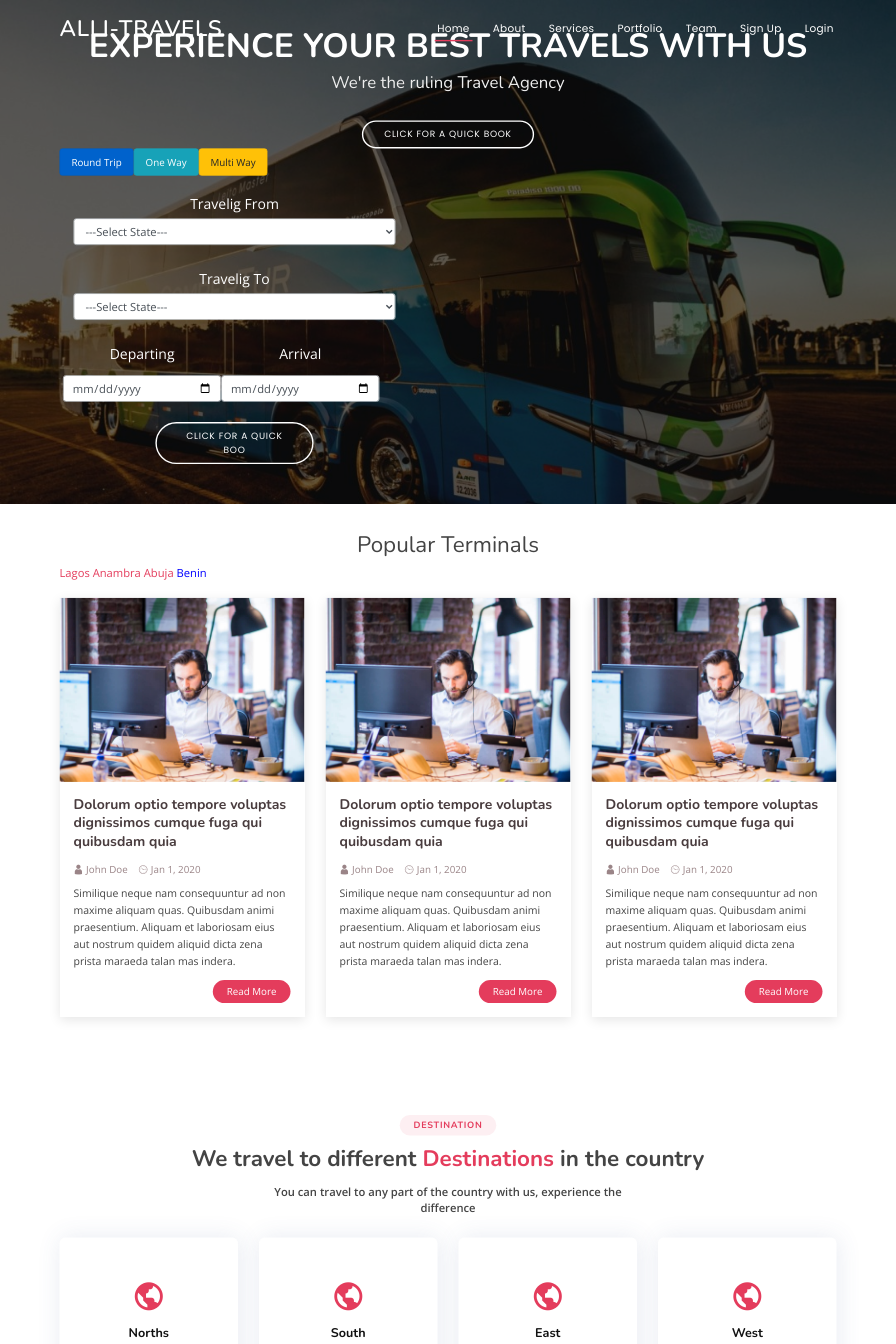
Repository: yazshrilld/Transport_Booking_system
Page: http://localhost/Transport_Project/admin/index.php
These files come from the project's save history. The page is drawn as it stood at one moment and after a run of saves; the edit follows.
The browser window is 1280 px wide. The pictures show the part of the page from y = 0 to 1920 px (the page is 7328 px tall), at 70% of full size.
Backgrounds fixed to the window are drawn as part of the page. The page is run by PHP 8.4 with error messages shown; the project is at /var/www/html/. Other server files are loaded and not shown. The database holds what the project's SQL file puts in it.

Above is the page before, as saved 2021-01-24 02:51:51.

### admin/home_check.php
<div>
    <form class="booking-form-box" method="POST" action="booking_1.php">
		<div class="booking-form-box">
		    <div class="booking-form">
		        <label>Travelig From</label>
			    <select name="state_from" class="form-control origin">
				        <option value="0">---Select State---</option>
				        <?php
					        $origin_query = mysqli_query($connection, "SELECT * FROM `origin`") ;
					        while($row = mysqli_fetch_array($origin_query)) {
						?>
						<option value="<?php echo $row['origin_id'] ?>"><?php echo $row['origin_state'] ?></option>
						<?php
					        }
				        ?>
			    </select><br />

			        <label>Travelig To</label>
			        <select name="state_to" class="form-control trip">
				        <option value="0">---Select State---</option>
			        </select><br />
			        <div class="row">
						<div class="input-grp col-xs-6">
							<label>Departing</label>
							<input type="date" class="form-control select-date"><br />
						</div>
						<div class="input-grp col-xs-6">
							<label>Arrival</label>
							<input type="date" class="form-control select-date">
						</div>
					</div>
                        <input type="hidden" value='view' name='action' class="form-control">
		            <div class="input-grp">
						<?php if(isset($_SESSION['login_user'])==true) {?>
							<input type="submit" value="Submit Bookings" class="btn btn-danger btn-block">
						<?php
						} else{
						?>
							<a href="user_login.php" class="btn-get-started scrollto">Click For A Quick Boo</a>
						<?php
						}
						?>
		            </div>
		    </div>
		</div>
	</form>
</div>

### transport_project.sql (the tables this page reads)
CREATE TABLE `origin` (
  `origin_id` int(11) NOT NULL,
  `origin_state` varchar(255) NOT NULL
) ENGINE=InnoDB DEFAULT CHARSET=latin1;

INSERT INTO `origin` (`origin_id`, `origin_state`) VALUES
(1, 'fdhha'),
(2, 'Abuja'),
(3, 'Lagos'),
(4, 'Enugu'),
(5, 'dfgfd'),
(6, 'Abakaliki');

ALTER TABLE `origin`
  ADD PRIMARY KEY (`origin_id`);

ALTER TABLE `origin`
  MODIFY `origin_id` int(11) NOT NULL AUTO_INCREMENT, AUTO_INCREMENT=7;

CREATE TABLE `trips` (
  `trip_id` int(11) NOT NULL,
  `trip_origin_id` int(11) NOT NULL,
  `trip_state` varchar(255) NOT NULL,
  `trip_title` varchar(255) NOT NULL,
  `trip_cost` varchar(255) NOT NULL,
  `trip_dst` varchar(255) NOT NULL,
  `trip_image` varchar(255) NOT NULL,
  `trip_description` varchar(200) NOT NULL,
  `date_departure` date NOT NULL,
  `date_arrival` date NOT NULL
) ENGINE=InnoDB DEFAULT CHARSET=latin1;

INSERT INTO `trips` (`trip_id`, `trip_origin_id`, `trip_state`, `trip_title`, `trip_cost`, `trip_dst`, `trip_image`, `trip_description`, `date_departure`, `date_arrival`) VALUES
(1, 1, 'Lagos', 'Abuja - Asaba', '288', '200km', 'trip_img/b424cc1d2177a2862dcd057eb71b8d4fchickens-768x575.jpg', 'this trip is expeertrare', '0000-00-00', '0000-00-00'),
(2, 1, 'Ibadan', 'Abuja - Calabar', '288', '200km', 'trip_img/a47c85894012d452a0f5a65495ba04f5chickens-768x575.jpg', 'this trip is expeertrare', '0000-00-00', '0000-00-00'),
(3, 1, 'Abuja', 'Lagos - Akure', '288', '200km', 'trip_img/fe7e5cecab8fdf5b9204a1989346b7afanneliese-phillips-uv4-vl3liKM-unsplash.jpg', 'Enjoy your Journey', '0000-00-00', '0000-00-00'),
(4, 2, 'Asaba', 'Enugu - Owerri', '300', '50km', 'trip_img/e90a1a0970cfc7a5edceeca68f951f0dcoker-alafia.jpg', 'Eat your food as you journey', '0000-00-00', '0000-00-00'),
(5, 1, 'Enugu', 'Imo - osun', '600', '40', 'gfhsgsgsfg.jpg', 'sths iys zhz zda', '0000-00-00', '0000-00-00'),
(6, 1, 'Calabar', 'Jalingo - Sokoto', '466', '23', 'sdfgaesdh.jpg', 'awaaer adfghq qethh', '0000-00-00', '0000-00-00'),
(7, 1, 'kogi', 'kogi - lokoja', '345', '34km', 'kjfkjfk.jpg', 'dkfjkfjndjvn', '0000-00-00', '0000-00-00'),
(8, 0, '', '', '', '', '', '', '2023-01-02', '2021-12-31');

ALTER TABLE `trips`
  ADD PRIMARY KEY (`trip_id`);

ALTER TABLE `trips`
  MODIFY `trip_id` int(11) NOT NULL AUTO_INCREMENT, AUTO_INCREMENT=9;

Loaded but not shown: admin/assets/js/main.js (173 lines, source omitted); admin/assets/css/style.css (2028 lines, source omitted); admin/header.php (69 lines, source omitted); admin/css/font.css (111 lines, source omitted); admin/profile_check.php (33 lines, source omitted); admin/contact_check.php (33 lines, source omitted); admin/index.php (860 lines, source omitted)

After the next 4 saves:
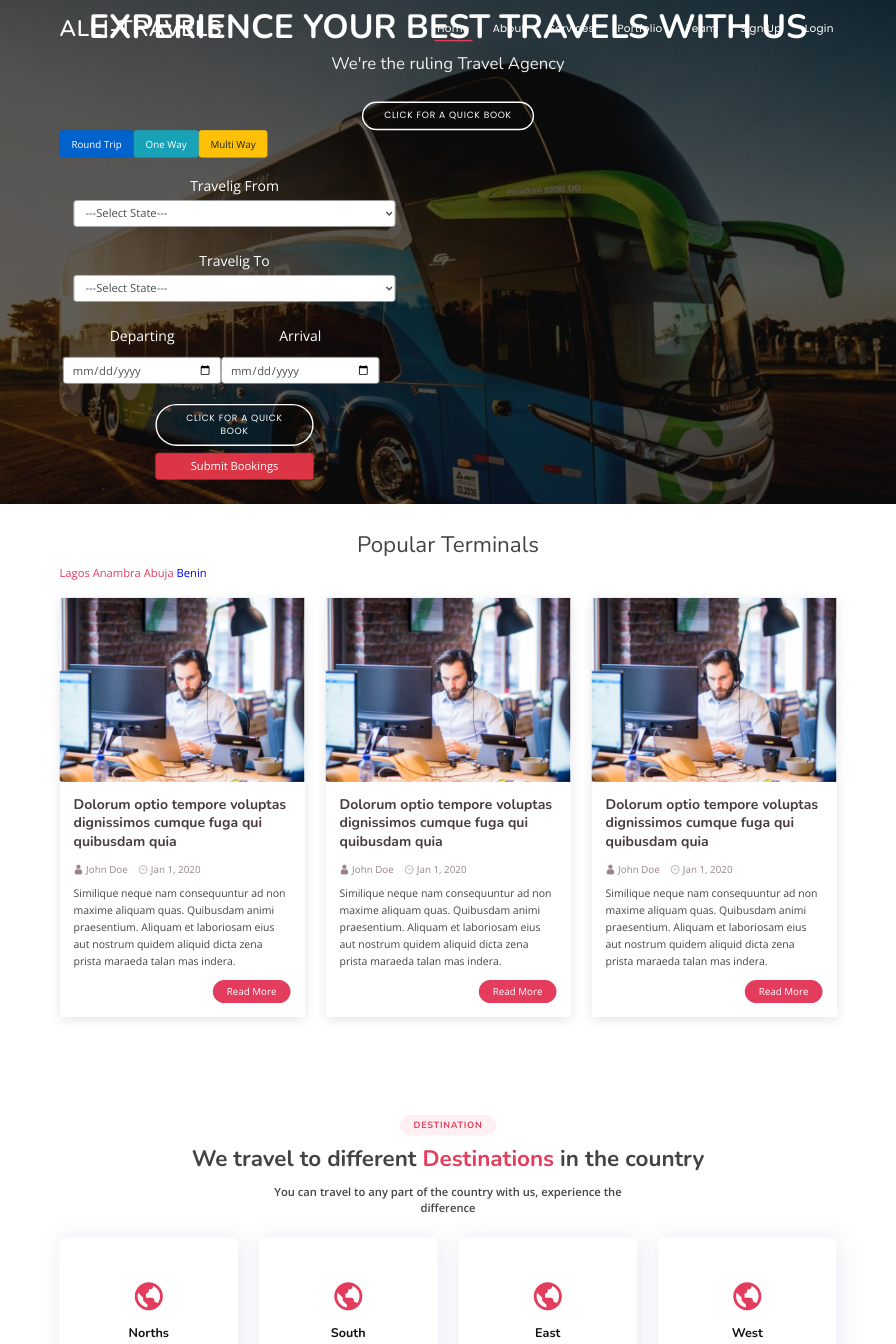
The 4 saves are shown as one change because they came seconds apart.
The last was saved 36 s later.
--- a/admin/home_check.php
+++ b/admin/home_check.php
@@ -32,14 +32,15 @@
                         <input type="hidden" value='view' name='action' class="form-control">
 		            <div class="input-grp">
 						<?php if(isset($_SESSION['login_user'])==true) {?>
-							<input type="submit" value="Submit Bookings" class="btn btn-danger btn-block">
+							<a href="booking.php" class="btn-get-started scrollto">Book A Trip</a>
 						<?php
 						} else{
 						?>
-							<a href="user_login.php" class="btn-get-started scrollto">Click For A Quick Boo</a>
+							<a href="user_login.php" class="btn-get-started scrollto">Click For A Quick Book</a>
 						<?php
 						}
 						?>
+		                <input type="submit" value="Submit Bookings" class="btn btn-danger btn-block">
 		            </div>
 		    </div>
 		</div>

After the save that followed:
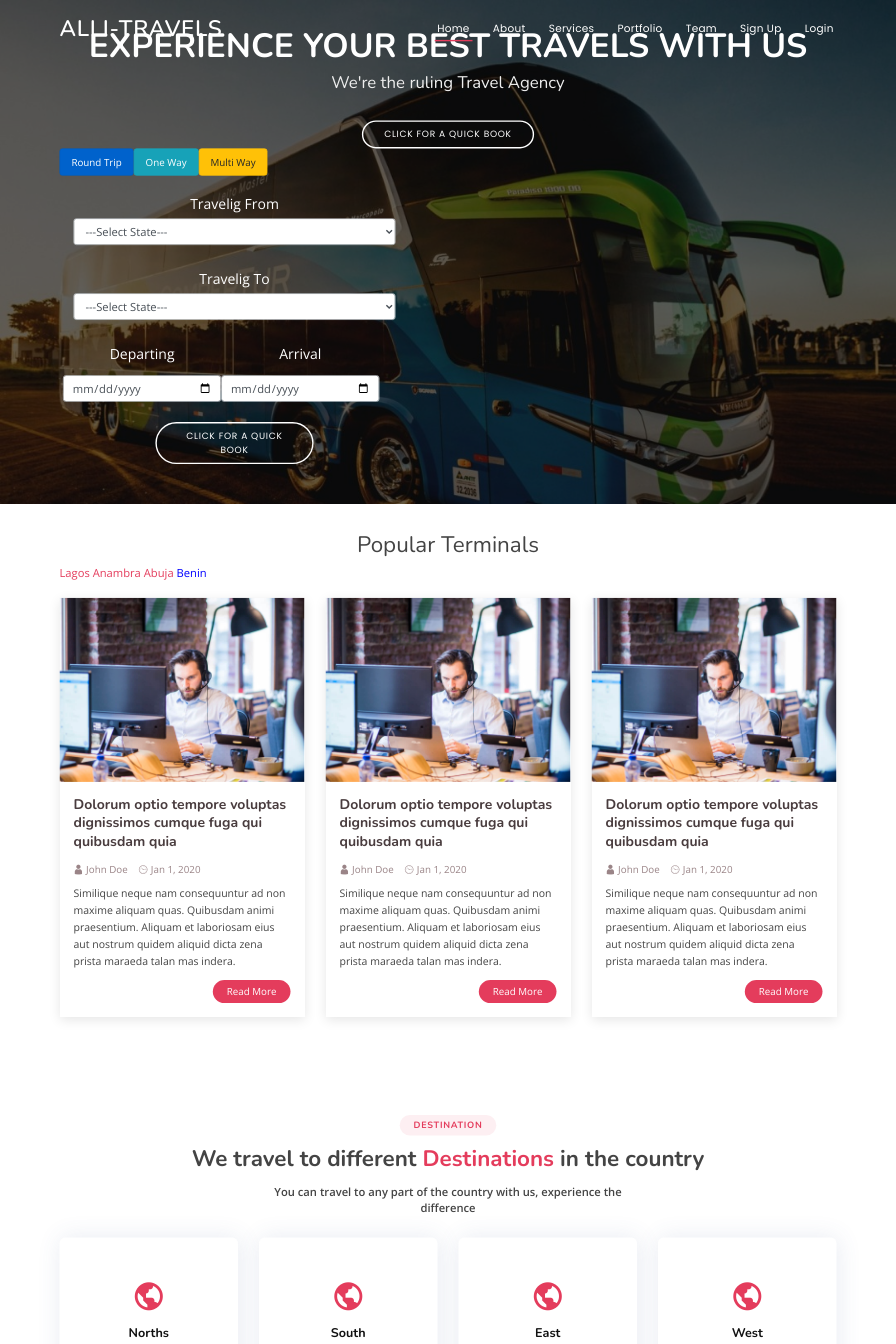
Saved 14 s later.
--- a/admin/home_check.php
+++ b/admin/home_check.php
@@ -40,7 +40,7 @@
 						<?php
 						}
 						?>
-		                <input type="submit" value="Submit Bookings" class="btn btn-danger btn-block">
+
 		            </div>
 		    </div>
 		</div>
